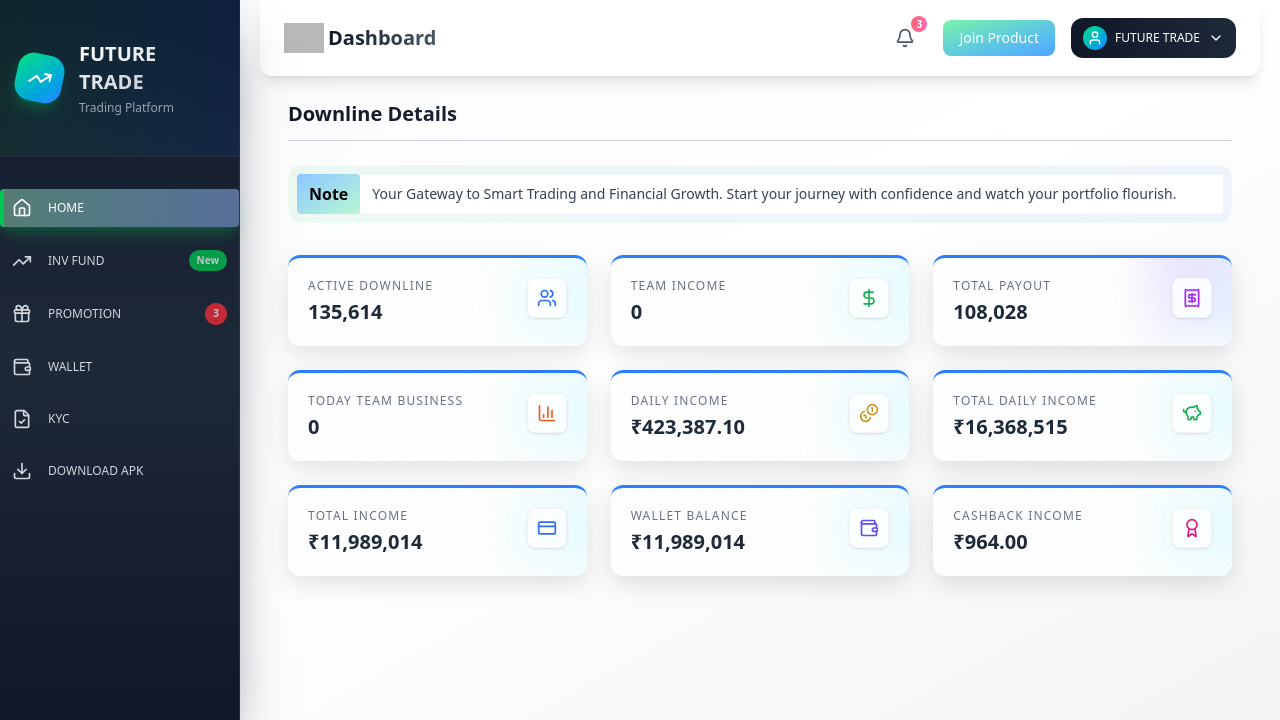
Repository: GauraVPandeyyy/Trade
Page: /promotion
An editor plug-in stored every save of this project. The page is shown before and after a run of saves, followed by the edit.
The browser window is 1280 px wide. The pictures show the whole page.
Pictures or frames that could not be fetched are drawn as grey boxes. The project was rebuilt for these pictures with package versions that can differ from the ones it lists, and the page was loaded fresh each time. Some packages were replaced by stand-ins written for this rebuild. Also part of the build but not shown: vite.config.js, src/pages/Home.jsx, src/pages/InvFund.jsx, src/pages/Promotion.jsx, src/pages/Wallet.jsx, src/pages/Kyc.jsx, src/pages/DownloadApk.jsx.

Above is the page before, as saved 2025-08-02 15:13:50.

### src/main.jsx
import { StrictMode } from 'react'
import { createRoot } from 'react-dom/client'
import './index.css'
import App from './App.jsx'
import { BrowserRouter, RouterProvider } from 'react-router-dom'
import router from './routes.jsx/router.jsx'

createRoot(document.getElementById('root')).render(
  <StrictMode>
    <RouterProvider router={router} />
  </StrictMode>,
)

### src/App.jsx
import React from 'react'
import Sidebar from './components/Sidebar'
import { Outlet } from 'react-router-dom'
import Dashboard from './pages/Dashboard'
function App() {
  return (
    // <div className='text-center bg-gray-950 relative text-white min-h-screen w-screen'>
    //   <div className='absolute top-0 left-0 bottom-0 w-[300px] h-screen'>
    //     <Sidebar />
    //   </div>
    //   <Outlet />
    //   <h1>hello from h1</h1>
    // </div>
    <Dashboard />
  )
}

export default App

### src/routes.jsx/router.jsx
import App from "../App";
import Home from "../pages/Home";
import InvFund from "../pages/InvFund";
import Promotion from "../pages/Promotion";
import Wallet from "../pages/Wallet";
import Kyc from "../pages/Kyc";
import DownloadApk from "../pages/DownloadApk";
import { createBrowserRouter } from "react-router-dom";

const router = createBrowserRouter([
    {
        path: "/",
        element: <App />,
        children: [
            { path: "", element: <Home /> },
            { path: "inv-fund", element: <InvFund /> },
            { path: "promotion", element: <Promotion /> },
            { path: "wallet", element: <Wallet /> },
            { path: "kyc", element: <Kyc /> },
            { path: "download", element: <DownloadApk /> },
        ],
    },
]);

export default router;

### src/pages/Dashboard.jsx
import React, { useState, useEffect } from 'react';
import {
  Home,
  TrendingUp,
  Gift,
  Wallet,
  FileCheck,
  Download,
  Menu,
  X,
  Bell,
  ChevronDown,
  Users,
  DollarSign,
  CreditCard,
  BarChart3,
  PiggyBank,
  Coins,
  Receipt,
  Award,
  Search,
  Settings,
  LogOut,
  User
} from 'lucide-react';
import Sidebar from '../components/Sidebar';
import Header from '../components/Header';
import DashboardCard from '../components/DashboardCard'
// Enhanced hook for sidebar with responsive behavior
const useSidebarToggle = () => {
  const [isOpen, setIsOpen] = useState(false);
  const [isMobile, setIsMobile] = useState(false);

  useEffect(() => {
    const checkScreenSize = () => {
      setIsMobile(window.innerWidth < 768);
      if (window.innerWidth >= 768) {
        setIsOpen(false); // Reset mobile state when going to desktop
      }
    };

    checkScreenSize();
    window.addEventListener('resize', checkScreenSize);
    return () => window.removeEventListener('resize', checkScreenSize);
  }, []);

  const toggle = () => setIsOpen(!isOpen);
  const close = () => setIsOpen(false);

  return { isOpen, toggle, close, isMobile };
};



// Main Dashboard Component
const Dashboard = () => {
  const { isOpen, toggle, close, isMobile } = useSidebarToggle();
  const [statsVisible, setStatsVisible] = useState(false);

  useEffect(() => {
    const timer = setTimeout(() => setStatsVisible(true), 300);
    return () => clearTimeout(timer);
  }, []);

  const dashboardData = [
    { icon: Users, label: "Active Downline", value: "135,614", color: "text-blue-600", trend: 12.5 },
    { icon: DollarSign, label: "Team Income", value: "0", color: "text-green-600", trend: 0 },
    { icon: Receipt, label: "Total Payout", value: "108,028", color: "text-purple-600", trend: -2.1 },
    { icon: BarChart3, label: "Today Team Business", value: "0", color: "text-orange-600", trend: 0 },
    { icon: Coins, label: "Daily Income", value: "₹423,387.10", color: "text-yellow-600", trend: 8.3 },
    { icon: PiggyBank, label: "Total Daily Income", value: "₹16,368,515", color: "text-green-600", trend: 15.7 },
    { icon: CreditCard, label: "Total Income", value: "₹11,989,014", color: "text-blue-600", trend: 22.4 },
    { icon: Wallet, label: "Wallet Balance", value: "₹11,989,014", color: "text-indigo-600", trend: 5.2 },
    { icon: Award, label: "Cashback Income", value: "₹964.00", color: "text-pink-600", trend: 3.1 },
  ];

  return (
    <div className="flex min-h-screen bg-gradient-to-br from-gray-50 via-white to-gray-100">
      {/* Sidebar */}
      <Sidebar isOpen={isOpen} onClose={close} isMobile={isMobile} />

      {/* Main Content */}
      <div className={`flex-1 flex flex-col transition-all duration-300 px-5 ${!isMobile ? 'ml-0' : ''}`}>
        {/* Header */}
        <Header onMenuClick={toggle} isMobile={isMobile} />

        {/* Main Content Area */}
        <main className="flex-1 py-6 px-7 space-y-8">
          {/* Page Header */}
          <div className={`transform transition-all duration-500 ${statsVisible ? 'translate-y-0 opacity-100' : 'translate-y-4 opacity-0'}`}>
            <div className="mb-6">

              <h2 className="text-xl font-semibold bg-gradient-to-r from-gray-900 to-gray-600 bg-clip-text text-transparent mb-3">
                Downline Details
              </h2>
              <hr className='w-[100%] text-gray-300' />
              {/* <p className="text-gray-600 text-sm">Monitor your network growth and earnings</p> */}

            </div>

            {/* Enhanced Note Section */}
            <div className="relative bg-gradient-to-r from-gray-50 to-gray-50 border border-green-50 rounded-xl p-2 mb-6 overflow-hidden">
              <div className="absolute inset-0 bg-gradient-to-r from-green-500/5 to-blue-500/5"></div>
              <div className="relative flex items-center space-x-0">
                {/* <div className="w-10 h-10 bg-gradient-to-br from-green-500 to-blue-500 rounded-2xl flex items-center justify-center text-white shadow-lg">
                  <Gift size={20} />
                </div> */}

                <h5 className='font-bold bg-gradient-to-br from-blue-300 to-green-200 px-3 py-2 rounded'>
                  Note
                </h5>

                <div className="flex-1">
                  {/* <h3 className="text-md font-semibold text-gray-900 ">Welcome to Future Trade</h3> */}
                  <p className="text-gray-700 leading-relaxed text-[14px] bg-white py-2 px-3">
                    Your Gateway to Smart Trading and Financial Growth. Start your journey with confidence and watch your portfolio flourish.
                  </p>
                </div>
              </div>
            </div>
          </div>

          {/* Dashboard Cards Grid */}
          <div className="grid grid-cols-1 md:grid-cols-2 lg:grid-cols-3 gap-6">
            {dashboardData.map((card, index) => (
              <DashboardCard
                key={index}
                icon={card.icon}
                label={card.label}
                value={card.value}
                colorClass={card.color}
                trend={card.trend}
                delay={100}
              />
            ))}
          </div>

          {/* Quick Actions */}
          {/* <div className="mt-8">
            <h3 className="text-xl font-semibold text-gray-900 mb-4">Quick Actions</h3>
            <div className="grid grid-cols-2 md:grid-cols-4 gap-4">
              {[
                { icon: TrendingUp, label: "New Investment", color: "from-green-500 to-green-600" },
                { icon: Users, label: "Invite Friends", color: "from-blue-500 to-blue-600" },
                { icon: Wallet, label: "Withdraw Funds", color: "from-purple-500 to-purple-600" },
                { icon: BarChart3, label: "View Reports", color: "from-orange-500 to-orange-600" },
              ].map((action, index) => (
                <button
                  key={index}
                  className={`
                    p-6 bg-gradient-to-br ${action.color} text-white rounded-2xl
                    hover:scale-105 hover:shadow-lg transition-all duration-300
                    group relative overflow-hidden
                  `}
                  style={{ animationDelay: `${index * 100}ms` }}
                >
                  <div className="relative z-10 text-center">
                    <action.icon size={24} className="mx-auto mb-2 group-hover:scale-110 transition-transform duration-300" />
                    <p className="text-sm font-medium">{action.label}</p>
                  </div>
                  <div className="absolute inset-0 bg-gradient-to-r from-white/20 to-transparent transform -skew-x-12 -translate-x-full group-hover:translate-x-full transition-transform duration-1000"></div>
                </button>
              ))}
            </div>
          </div> */}

          {/* <div className="mt-10">
            <h3 className="text-2xl font-bold text-gray-900 mb-6">Quick Actions</h3>
            <div className="grid grid-cols-2 md:grid-cols-4 gap-5">
              {[
                {
                  icon: TrendingUp,
                  label: "New Investment",
                  color: "from-teal-500 to-cyan-600",
                  hoverColor: "hover:shadow-teal-500/20",
                  iconBg: "bg-teal-400/10"
                },
                {
                  icon: Users,
                  label: "Invite Friends",
                  color: "from-indigo-500 to-blue-500",
                  hoverColor: "hover:shadow-indigo-500/20",
                  iconBg: "bg-indigo-400/10"
                },
                {
                  icon: Wallet,
                  label: "Withdraw Funds",
                  color: "from-violet-600 to-purple-500",
                  hoverColor: "hover:shadow-violet-600/20",
                  iconBg: "bg-violet-400/10"
                },
                {
                  icon: BarChart3,
                  label: "View Reports",
                  color: "from-amber-400 to-orange-500",
                  hoverColor: "hover:shadow-amber-500/20",
                  iconBg: "bg-amber-400/10"
                }
              ].map((action, index) => (
                <button
                  key={index}
                  className={`
          p-6 bg-gradient-to-br ${action.color} text-white rounded-2xl
          hover:scale-[1.03] transform transition-all duration-300 ease-out
          shadow-md hover:shadow-lg ${action.hoverColor}
          group relative overflow-hidden border border-white/10
          flex flex-col items-center justify-center
          before:absolute before:inset-0 before:bg-white/5 before:opacity-0
          before:transition-opacity before:duration-300 hover:before:opacity-100
        `}
                  style={{
                    animationDelay: `${index * 100}ms`,
                    transitionDelay: `${index * 50}ms`
                  }}
                >

                  <div className="absolute inset-0 overflow-hidden">
                    <div className="absolute -inset-y-full -left-20 w-40 bg-white/30 transform rotate-12
            group-hover:animate-shimmer transition-all duration-1000" />
                  </div>

                  <div className="relative z-10 flex flex-col items-center">
                    <div className={`
            p-3 mb-3 rounded-xl bg-white/10 backdrop-blur-sm
            border border-white/20 group-hover:bg-white/15
            transition-all duration-300
          `}>
                      <action.icon
                        size={22}
                        className="group-hover:scale-110 transition-transform duration-300"
                        strokeWidth={1.5}
                      />
                    </div>
                    <p className="text-sm font-semibold tracking-wide">{action.label}</p>
                  </div>


                  <div className={`
          absolute -bottom-4 -right-4 w-16 h-16 rounded-full blur-lg
          bg-white/10 group-hover:bg-white/20 transition-all duration-500
        `}></div>
                </button>
              ))}
            </div>
          </div> */}
        </main>
      </div>

      <style jsx>{`
        @keyframes fadeInScale {
          from {
            opacity: 0;
            transform: scale(0.95) translateY(-10px);
          }
          to {
            opacity: 1;
            transform: scale(1) translateY(0);
          }
        }

        .animate-fadeInScale {
          animation: fadeInScale 0.2s ease-out;
        }
      `}</style>
    </div>
  );
};

export default Dashboard;

### src/components/DashboardCard.jsx
import { useState, useEffect } from 'react';


const DashboardCard = ({ icon: Icon, label, value, colorClass = "text-blue-600", trend, delay = 0 }) => {
  const [isVisible, setIsVisible] = useState(false);

  useEffect(() => {
    const timer = setTimeout(() => setIsVisible(true), delay);
    return () => clearTimeout(timer);
  }, [delay]);

  return (
    // <div
    //   className={`
    //     group relative bg-white rounded-2xl px-3 py-3 shadow-sm bg-gradient-to-br from-indigo-00 via-cyan-300 to-emerald-200  border border-gray-200
    //     hover:shadow-xl hover:shadow-gray-200/50 transition-all duration-300 cursor-pointer
    //     hover:-translate-y-2 hover:border-gray-200
    //     transform ${isVisible ? 'translate-y-0 opacity-100' : 'translate-y-8 opacity-0'}
    //     before:absolute before:inset-0 before:rounded-xl before:bg-gradient-to-r
    //     before:from-transparent before:via-transparent before:to-gray-50/50
    //     before:opacity-0 hover:before:opacity-100 before:transition-opacity before:duration-300
    //   `}
    //   style={{ transitionDelay: `${delay}ms` }}
    // >
    //   {/* Gradient overlay on hover */}
    //   <div className="absolute inset-0 rounded-xl bg-gradient-to-br from-white to-gray-50/30 opacity-0 group-hover:opacity-100 transition-opacity duration-300"></div>

    //   <div className="relative z-10 flex items-start justify-between">
    //     <div className="flex-1">
    //       <p className="text-xs font-medium text-gray-500 mb-2 tracking-wide uppercase">{label}</p>
    //       <div className="flex items-baseline space-x-2">
    //         <p className="text-lg font-bold text-gray-900 tracking-tight">{value}</p>
    //         {trend && (
    //           <span className={`text-xs font-medium ${trend >= 0 ? 'text-green-600' : 'text-red-600'}`}>
    //             {trend > 0 ? '+' : ''}{trend}%
    //           </span>
    //         )}
    //       </div>
    //     </div>
    //     <div className={`
    //       p-3 rounded-2xl transition-all duration-500 group-hover:scale-110 group-hover:rotate-6
    //       bg-gradient-to-br from-gray-50 to-gray-100 group-hover:from-white group-hover:to-gray-50
    //       ${colorClass} group-hover:shadow-lg
    //     `}>
    //       <Icon size={28} className="transition-transform duration-500 group-hover:scale-110" />
    //     </div>
    //   </div>

    //   {/* Animated bottom border */}
    //   <div className={`absolute bottom-0 left-0 h-1 bg-gradient-to-r ${colorClass.replace('text-', 'from-')} to-transparent rounded-b-2xl transition-all duration-500 w-0 group-hover:w-full`}></div>
    // </div>

    <div
      className={`
    relative h-auto border-t-3 rounded-xl p-5 overflow-hidden
    bg-white  border-t-blue-500
    shadow-[0_8px_24px_rgba(0,0,0,0.12)] hover:shadow-[0_12px_16px_rgba(0,0,0,0.18)]
    transition-all duration-300 ease-out
    transform ${isVisible ? 'translate-y-0 opacity-100' : 'translate-y-8 opacity-0'}
    hover:-translate-y-2 cursor-pointer
    group
  `}
      style={{ transitionDelay: `${delay}ms` }}
    >
      {/* Premium SVG background */}
      <div className="absolute inset-0 opacity-10 group-hover:opacity-20 transition-opacity duration-700">
        <svg width="100%" height="100%" viewBox="0 0 256 256" preserveAspectRatio="none">
          <defs>
            <pattern id="diagonalHatch" patternUnits="userSpaceOnUse" width="10" height="10">
              <path d="M-1,1 l2,-2 M0,10 l10,-10 M9,11 l2,-2" stroke="#888" strokeWidth="0.5" />
            </pattern>
          </defs>
          <rect width="100%" height="100%" fill="url(#diagonalHatch)" />
        </svg>
      </div>

      {/* Floating gradient accent */}
      <div className={`
    absolute -top-20 -right-20 w-40 h-40 rounded-xl blur-xl opacity-20
    bg-gradient-to-br ${colorClass.replace('text-', 'from-')} to-cyan-300
    transition-all duration-1000 group-hover:opacity-30 group-hover:-top-16
  `}></div>

      <div className="relative z-10 h-full flex flex-col">
        <div className="flex justify-between items-start">
          <div>
            <p className="text-xs font-medium text-gray-500 mb-1 tracking-widest uppercase">{label}</p>
            <p className="text-xl font-semibold text-gray-800">{value}</p>
          </div>

          {/* Icon placed in top-right corner with better styling */}
          <div className={`
        w-10 h-10 rounded-lg flex items-center justify-center
        bg-white/80 backdrop-blur-sm shadow-sm
        border border-gray-100
        transition-all duration-500 group-hover:scale-110 group-hover:rotate-12
        ${colorClass}
      `}>
            <Icon size={20} className="opacity-90" />
          </div>
        </div>

        {/* {trend !== null && trend !== undefined && (
          <div className={`mt-auto w-fit inline-flex items-center px-3 py-1.5 rounded-full text-xs font-medium
    ${trend > 0 ? 'bg-green-50 text-green-700' : 'bg-red-50 text-red-700'}`}>
            {trend > 0 ? (
              <svg className="w-3 h-3 mr-1.5" fill="currentColor" viewBox="0 0 20 20">
                <path fillRule="evenodd" d="M14.707 12.707a1 1 0 01-1.414 0L10 9.414l-3.293 3.293a1 1 0 01-1.414-1.414l4-4a1 1 0 011.414 0l4 4a1 1 0 010 1.414z" clipRule="evenodd" />
              </svg>
            ) : (
              <svg className="w-3 h-3 mr-1.5" fill="currentColor" viewBox="0 0 20 20">
                <path fillRule="evenodd" d="M5.293 7.293a1 1 0 011.414 0L10 10.586l3.293-3.293a1 1 0 111.414 1.414l-4 4a1 1 0 01-1.414 0l-4-4a1 1 0 010-1.414z" clipRule="evenodd" />
              </svg>
            )}
            {Math.abs(trend)}%
          </div>
        )} */}

      </div>

      {/* Interactive border animation */}
      <div className={`
    absolute inset-0 rounded-2xl pointer-events-none
    border-2 border-transparent group-hover:border-white/30
    transition-all duration-700
  `}></div>
    </div>
  );
};

export default DashboardCard;

Loaded but not shown: index.html (common file); src/index.css (common file); src/components/Header.jsx (117 lines, source omitted); src/components/Sidebar.jsx (169 lines, source omitted)

After the next 5 saves:
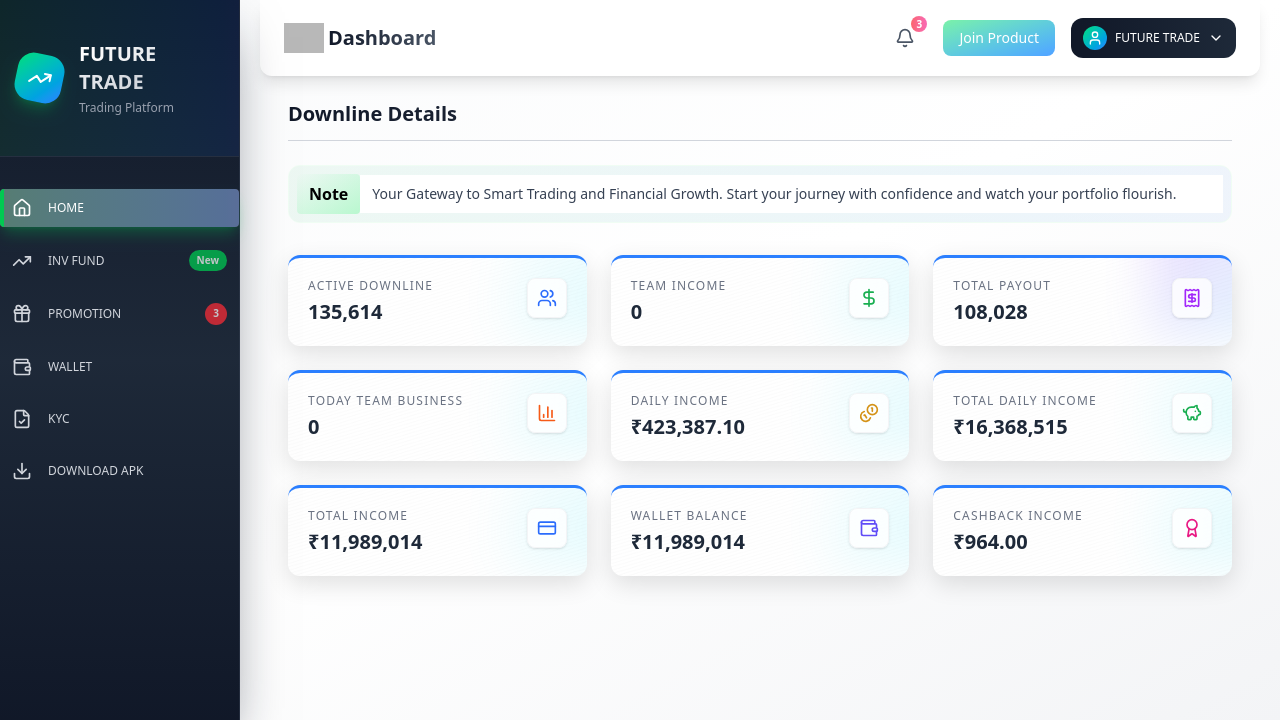
The 5 saves are shown as one change because 4 did not build or start.
The last was saved 62 s later.
--- a/src/pages/Dashboard.jsx
+++ b/src/pages/Dashboard.jsx
@@ -106,7 +106,7 @@
                   <Gift size={20} />
                 </div> */}
 
-                <h5 className='font-bold bg-gradient-to-br from-blue-300 to-green-200 px-3 py-2 rounded'>
+                <h5 className='font-bold bg-gradient-to-br from-blue-00 to-green-200 px-3 py-2 rounded'>
                   Note
                 </h5>
 
